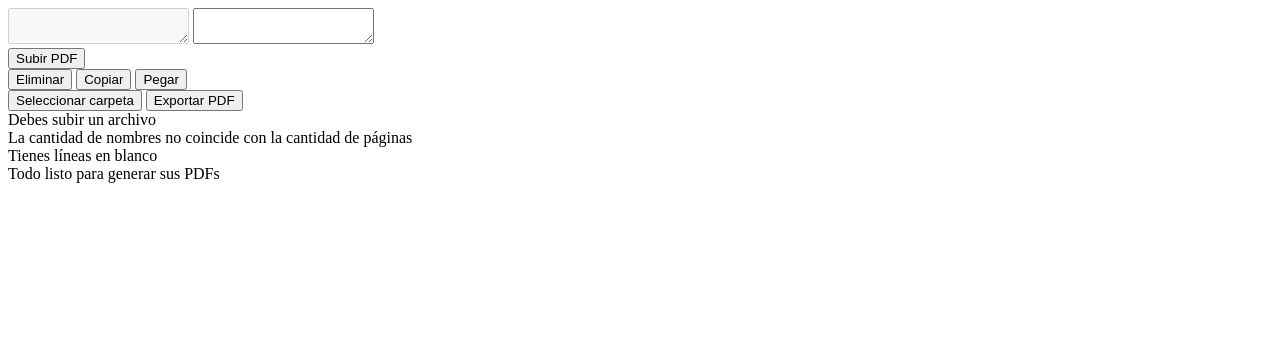
Repository: d3v0l0p3rs/pdf-spliteador
Page: src/index.html
An editor plug-in stored every save of this project. The page is shown before and after the next save, followed by the edit.
The browser window is 1280 px wide. The pictures show the whole page.

Above is the page before, as saved 2020-10-22 09:33:17.

### src/index.html
<!DOCTYPE html>
<html>
  <head>
    <meta charset="UTF-8">
    <title>Separador de PDFs</title>
  </head>
  <body>
    <div id="main-content">
      <div id="text-areas">
        <textarea id="number-lines" name="number-lines" disabled></textarea>
        <textarea id="name-lines" name="name-lines"></textarea>
      </div>
      <div id="actions">
        <div id="buttons">
          <button type="button" id="upload-pdf" class="action-row btn btn-primary">Subir PDF</button>
          <input type="file" id="upload-pdf-input" name="upload-pdf" accept=".pdf" class="action-row btn btn-primary" style="display: none;">
          <div id="text-actions" class="action-row btn-group" role="group">
            <button type="button" id="delete-text" class="text-action btn btn-danger">Eliminar</button>
            <button type="button" id="copy-text" class="text-action btn btn-info">Copiar</button>
            <button type="button" id="paste-text" class="text-action btn btn-warning">Pegar</button>
          </div>
          <button type="button" id="choose-folder" class="action-row btn btn-primary">Seleccionar carpeta</button>
          <button type="button" id="export-pdf" class="action-row btn btn-primary">Exportar PDF</button>
        </div>
        <div id="messages">
          <div id="upload-file-warning" class="alert alert-warning" role="alert">
            Debes subir un archivo
          </div>
          <div id="not-line-match-warning" class="alert alert-warning hide" role="alert">
            La cantidad de nombres no coincide con la cantidad de páginas
          </div>
          <div id="blank-lines-warning" class="alert alert-warning hide" role="alert">
            Tienes líneas en blanco
          </div>
          <div id="everything-ready-success" class="alert alert-success hide" role="alert">
            Todo listo para generar sus PDFs
          </div>
        </div>
      </div>
    </div>
    <!-- <div id="footer">
      <div id="dir-info" class="alert alert-info hide" role="alert">
        Directorio
      </div>
    </div> -->
  </body>
</html>

After the next save:
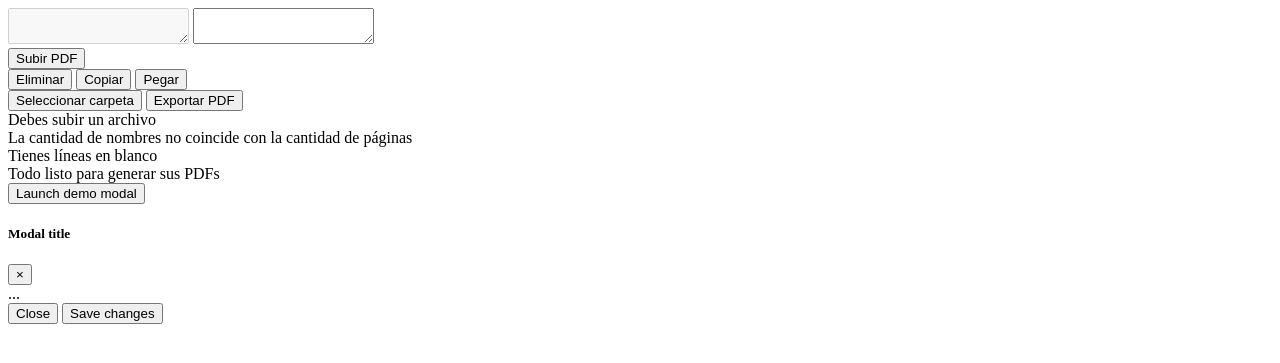
Saved 7 h 37 min later.
--- a/src/index.html
+++ b/src/index.html
@@ -38,6 +38,30 @@
         </div>
       </div>
     </div>
+    <button type="button" class="btn btn-primary" data-toggle="modal" data-target="#exampleModalCenter">
+      Launch demo modal
+    </button>
+
+    <!-- Modal -->
+    <div class="modal fade" id="exampleModalCenter" tabindex="-1" role="dialog" aria-labelledby="exampleModalCenterTitle" aria-hidden="true">
+      <div class="modal-dialog modal-dialog-centered" role="document">
+        <div class="modal-content">
+          <div class="modal-header">
+            <h5 class="modal-title" id="exampleModalLongTitle">Modal title</h5>
+            <button type="button" class="close" data-dismiss="modal" aria-label="Close">
+              <span aria-hidden="true">&times;</span>
+            </button>
+          </div>
+          <div class="modal-body">
+            ...
+          </div>
+          <div class="modal-footer">
+            <button type="button" class="btn btn-secondary" data-dismiss="modal">Close</button>
+            <button type="button" class="btn btn-primary">Save changes</button>
+          </div>
+        </div>
+      </div>
+    </div>
     <!-- <div id="footer">
       <div id="dir-info" class="alert alert-info hide" role="alert">
         Directorio
